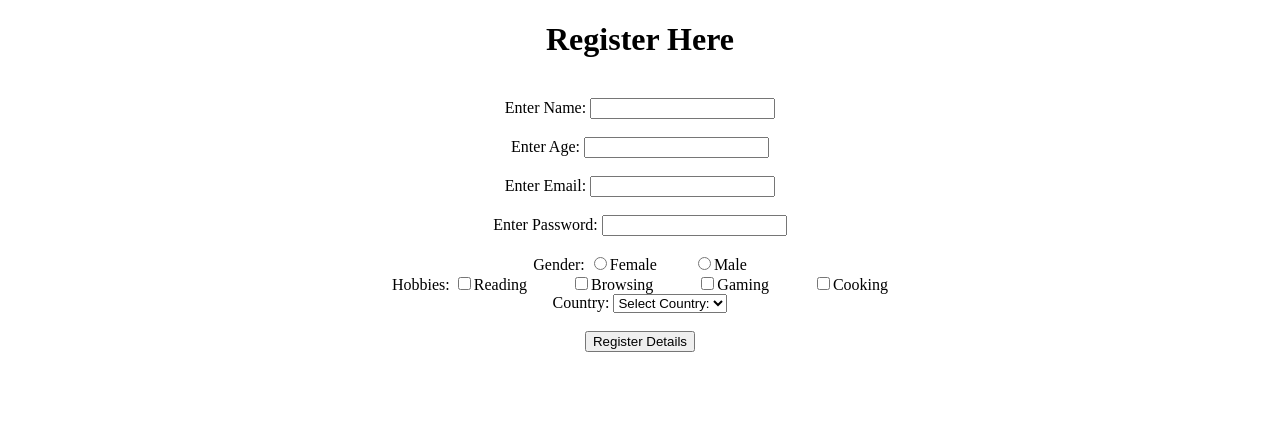
Repository: StarCoder09/JavaWorkspace
Page: http://localhost/JSP_demo/register.jsp
The author's editor kept a copy of each file at every save. The page is drawn from the files as they stood at one save, then again after the next save.
The browser window is 1280 px wide. The pictures show the whole page.
The page is served by Tomcat 9. Other server files are loaded and not shown.

Above is the page before, as saved 2021-07-01 06:14:30.

### JSP_demo/src/main/webapp/register.jsp
<%@ page language="java" contentType="text/html; charset=ISO-8859-1"
    pageEncoding="ISO-8859-1"%>
<!DOCTYPE html>
<html>
	<head>
		<meta charset="ISO-8859-1">
		<title>Register</title>
	</head>
	<body>
		<div align="center">
			<h1>Register Here</h1><br/>
			<form action="" method="post">
				Enter Name: <input type="text" name="fname"/><br/><br/>
				Enter Age: <input type="text" name="age"/><br/><br/>
				Enter Email: <input type="text" name="email"/><br/><br/>
				Enter Password: <input type="password" name="password"/><br/><br/>
				Gender: <input type="radio" name="gender" value="female"/>Female
						&nbsp; &nbsp; &nbsp; &nbsp;
						<input type="radio" name="gender" value="male"/>Male<br/>
				Hobbies: <input type="checkbox" name="hobby" value="reading"/>Reading
						&nbsp; &nbsp; &nbsp; &nbsp; &nbsp;
						<input type="checkbox" name="hobby" value="browsing"/>Browsing
						&nbsp; &nbsp; &nbsp; &nbsp; &nbsp;
						<input type="checkbox" name="hobby" value="gaming"/>Gaming
						&nbsp; &nbsp; &nbsp; &nbsp; &nbsp;
						<input type="checkbox" name="hobby" value="cooking"/>Cooking<br/>
				Country: <select name="country">
							<option value="select"> Select Country:</option>
							<option value="INDIA"> INDIA </option>
							<option value="USA"> USA </option>
							<option value="UK"> UK </option>
							<option value="Others"> Others </option>
						</select><br/><br/>
				<input type= "submit" name="register" value="Register Details"/>
			</form>
		</div>
	</body>
</html>

After the next save:
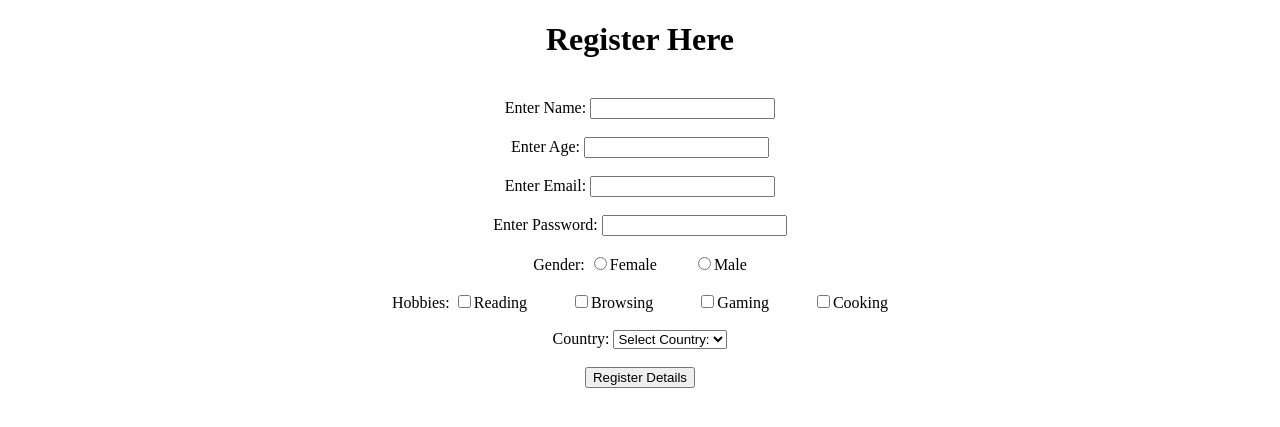
Saved 41 s later.
--- a/JSP_demo/src/main/webapp/register.jsp
+++ b/JSP_demo/src/main/webapp/register.jsp
@@ -16,14 +16,14 @@
 				Enter Password: <input type="password" name="password"/><br/><br/>
 				Gender: <input type="radio" name="gender" value="female"/>Female
 						&nbsp; &nbsp; &nbsp; &nbsp;
-						<input type="radio" name="gender" value="male"/>Male<br/>
+						<input type="radio" name="gender" value="male"/>Male<br/><br/>
 				Hobbies: <input type="checkbox" name="hobby" value="reading"/>Reading
 						&nbsp; &nbsp; &nbsp; &nbsp; &nbsp;
 						<input type="checkbox" name="hobby" value="browsing"/>Browsing
 						&nbsp; &nbsp; &nbsp; &nbsp; &nbsp;
 						<input type="checkbox" name="hobby" value="gaming"/>Gaming
 						&nbsp; &nbsp; &nbsp; &nbsp; &nbsp;
-						<input type="checkbox" name="hobby" value="cooking"/>Cooking<br/>
+						<input type="checkbox" name="hobby" value="cooking"/>Cooking<br/><br/>
 				Country: <select name="country">
 							<option value="select"> Select Country:</option>
 							<option value="INDIA"> INDIA </option>
